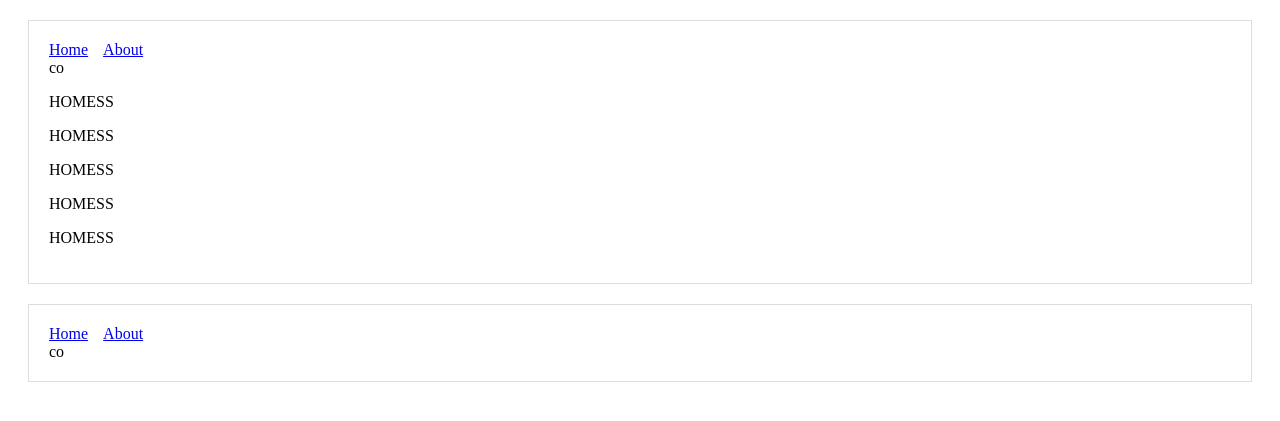
Repository: sivaraj-v/nextJs
Page: /
The author's editor kept a copy of each file at every save. The page is drawn from the files as they stood at one save, then again after a run of saves.
The browser window is 1280 px wide. The pictures show the whole page.
The project was rebuilt for these pictures with package versions that can differ from the ones it lists, and the page was loaded fresh each time. The framework's server and built-in components were replaced by stand-ins that run in the browser.

Above is the page before, as saved 2017-10-11 13:01:55.

After the next 3 saves:
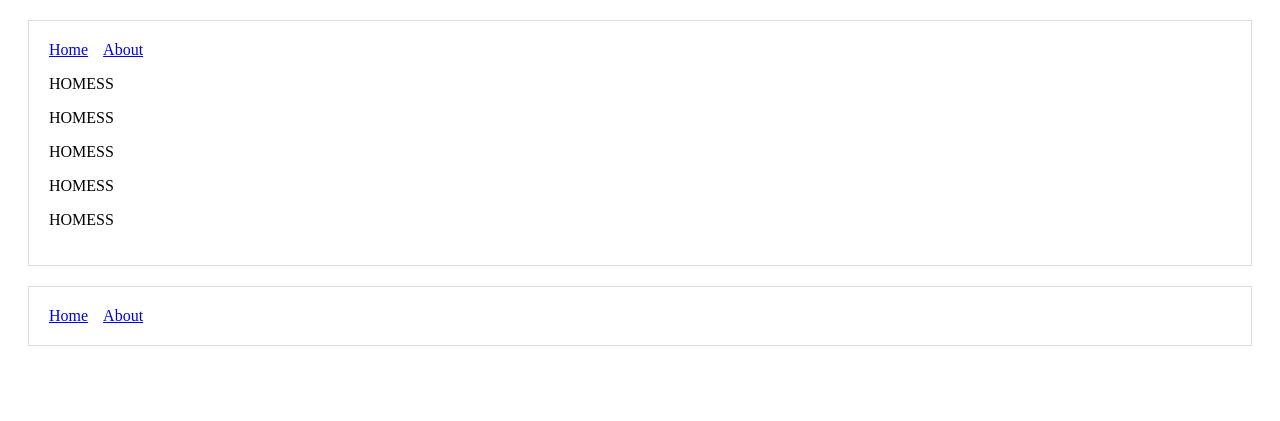
The 3 saves are shown as one change because they came seconds apart.
The last was saved 11 s later.
--- a/comps/MyLayout.js
+++ b/comps/MyLayout.js
@@ -9,7 +9,7 @@ const layoutStyle = {
 const Layout = props => (
   <div style={layoutStyle}>
     <Header />
-    co
+    {console.log(props)}
     {props.children}
   </div>
 );
